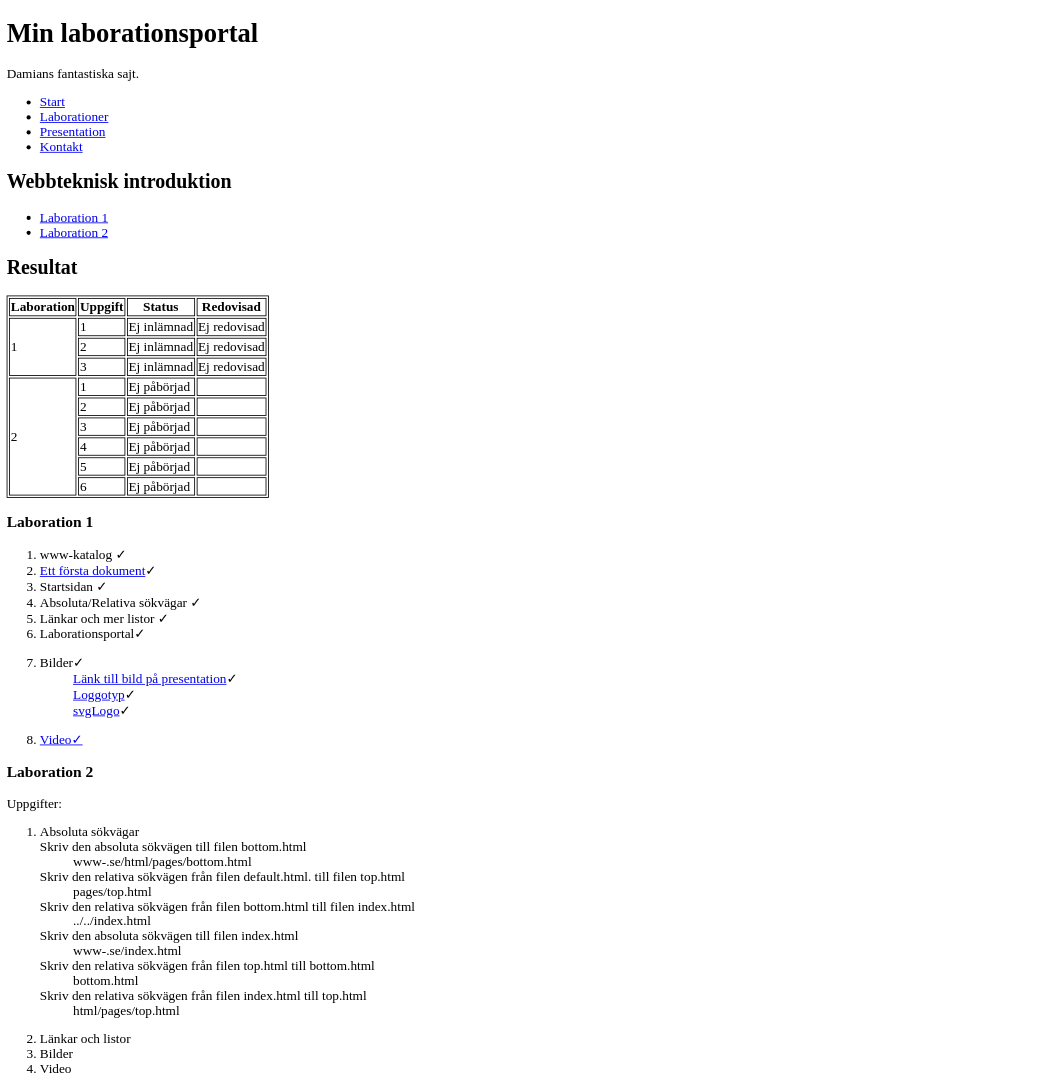
Repository: dg222dm/1ik415-laborationer
Page: pages/laborationer.html
The author's editor kept a record of every edit. The page is drawn from the files as they stood at one moment, then again after the next edit.
The browser window is 1280 px wide. The pictures show the whole page, at 83% of full size.

Above is the page before.

After the next edit:
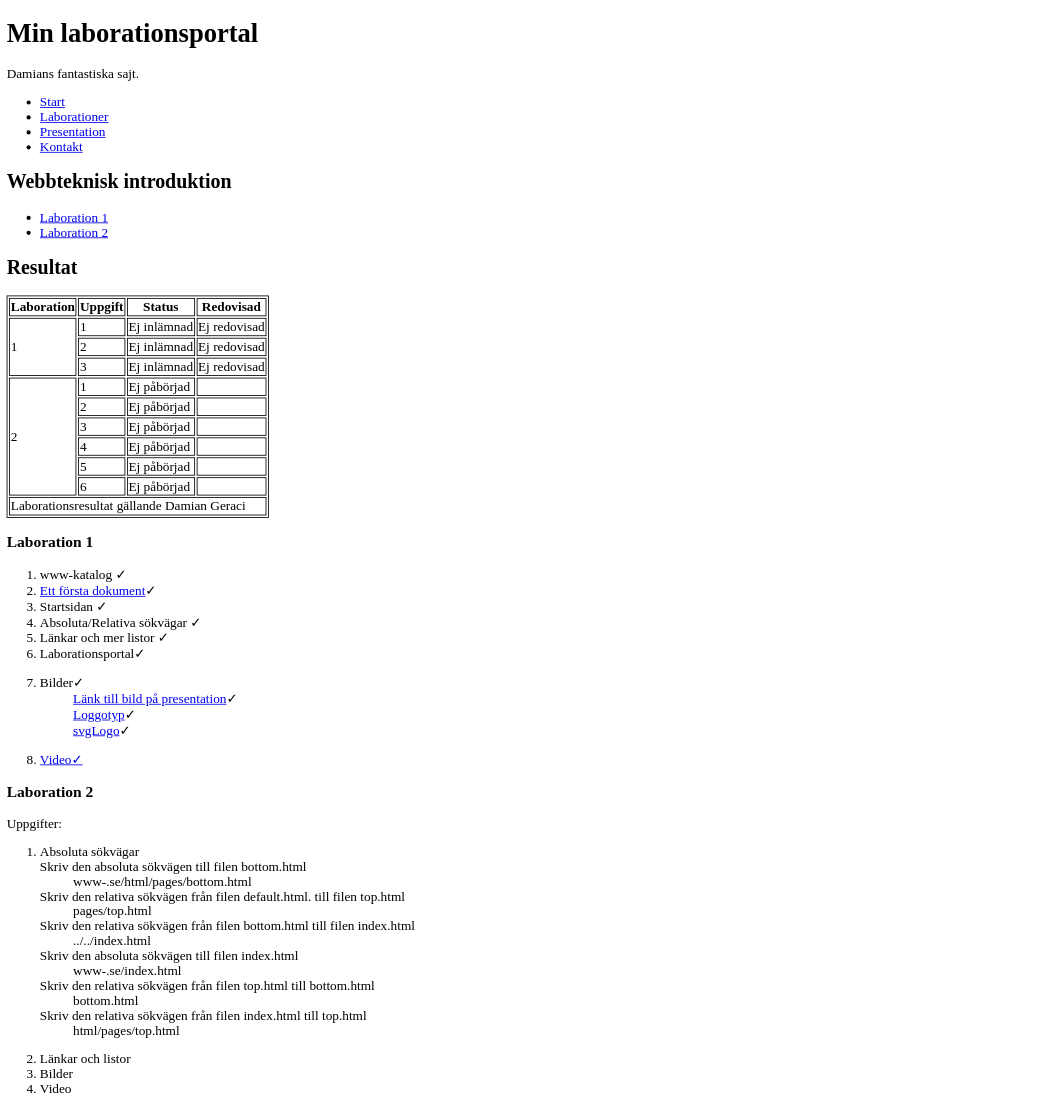
The edit:
--- a/pages/laborationer.html
+++ b/pages/laborationer.html
@@ -94,10 +94,12 @@
                     <td>Ej påbörjad</td>
                     <td></td>
                 </tr>
-
-
-
             </tbody>
+            <tfoot>
+                <tr>
+                    <td colspan="4">Laborationsresultat gällande Damian Geraci</td>
+                </tr>
+            </tfoot>
         </table>
 <!--Slut på länklista med ID attributer-->
         <h3><a id="lab1">Laboration 1</a></h3>
